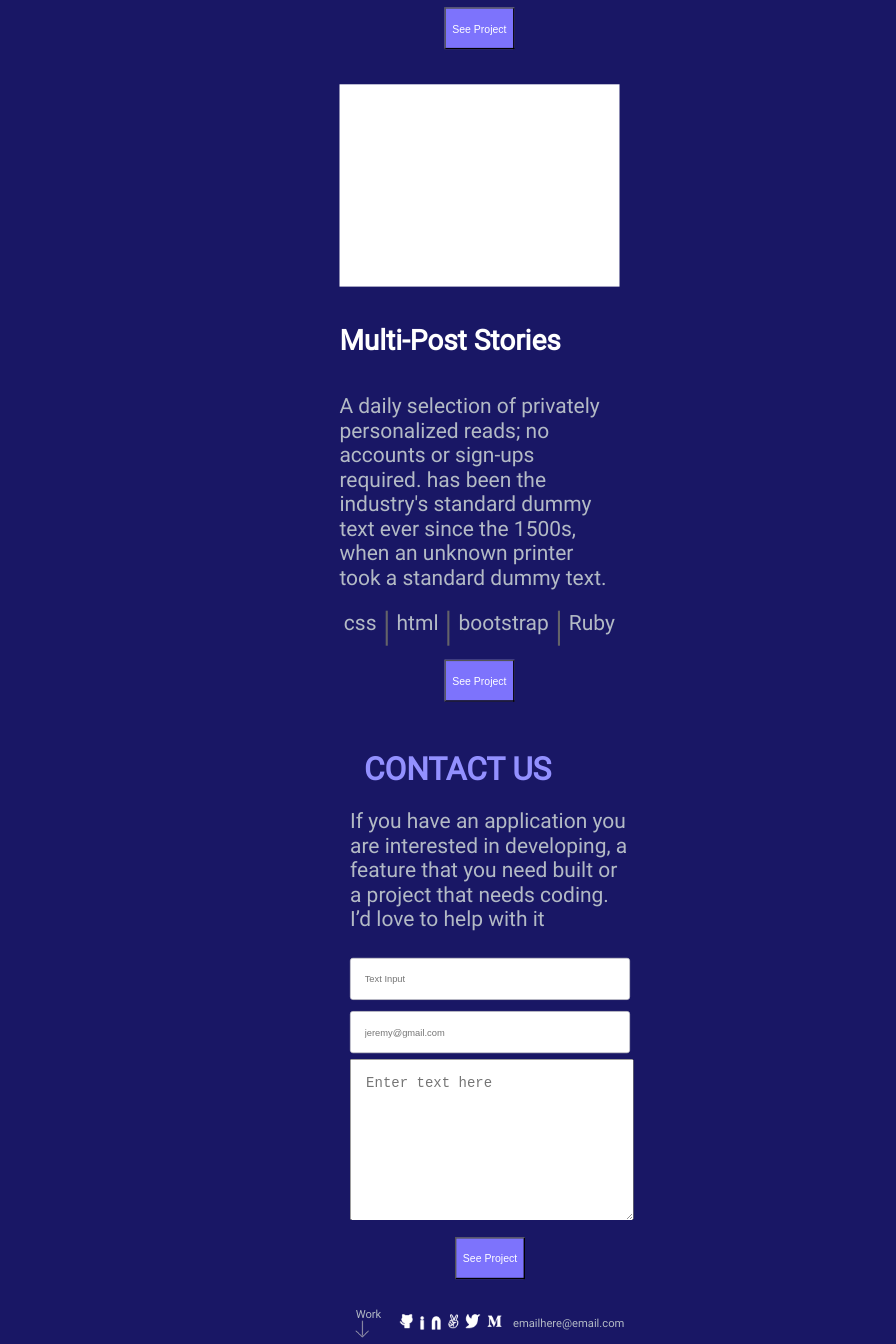
Repository: mustabbas/Portfolio
Page: index.html
These files come from the project's save history. The page is drawn as it stood at one moment and after the next save; the edit follows.
The browser window is 1280 px wide. The pictures show the part of the page from y = 3888 to 5808 px (the page is 5808 px tall before and 5681 px after), at 70% of full size.

Above is the page before, as saved 2021-08-17 21:12:53.

After the next save:
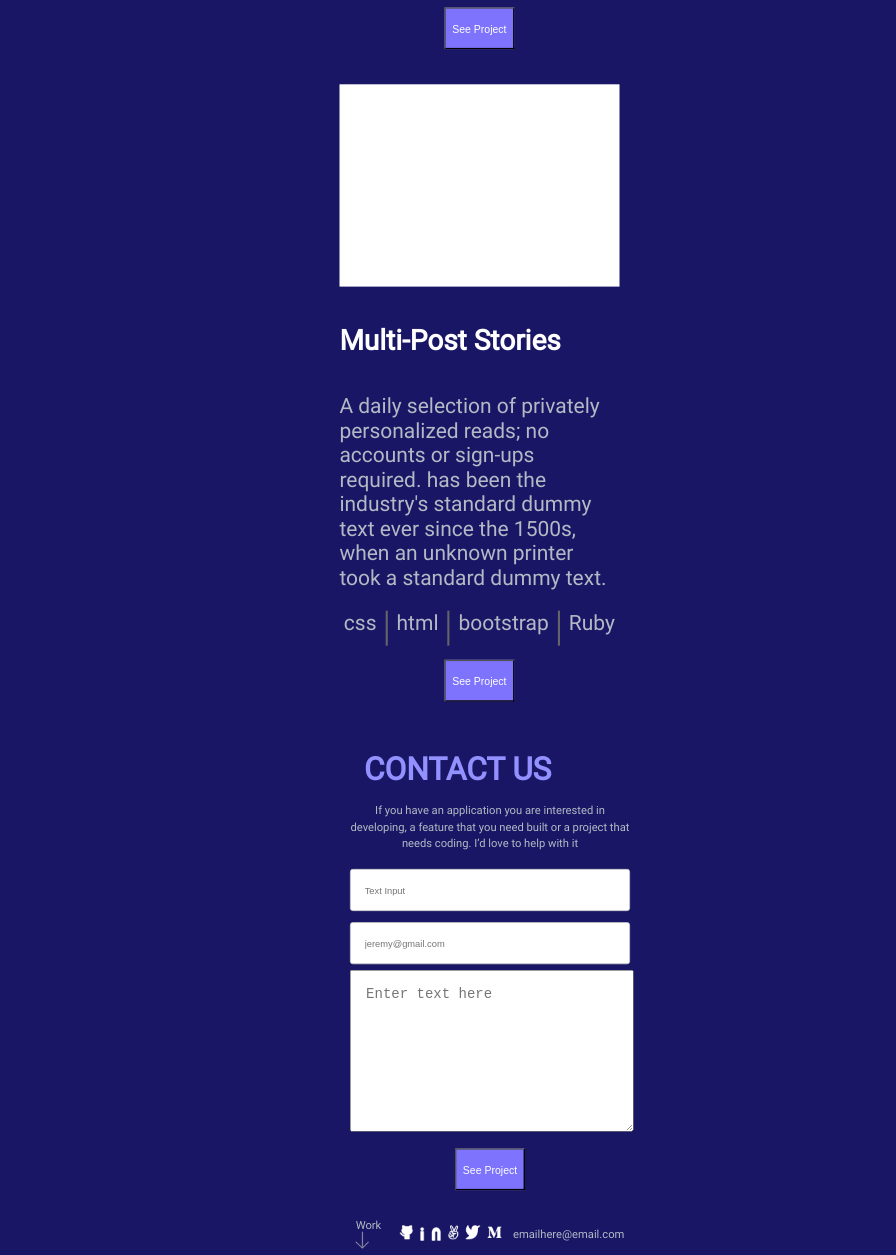
Saved 10 s later.
--- a/style.css
+++ b/style.css
@@ -229,7 +229,7 @@ h3 {
   text-align: left;
 }
 
-.contact-p {
+#contact-p {
   font-size: 16px;
   line-height: 24px;
   text-align: center;
